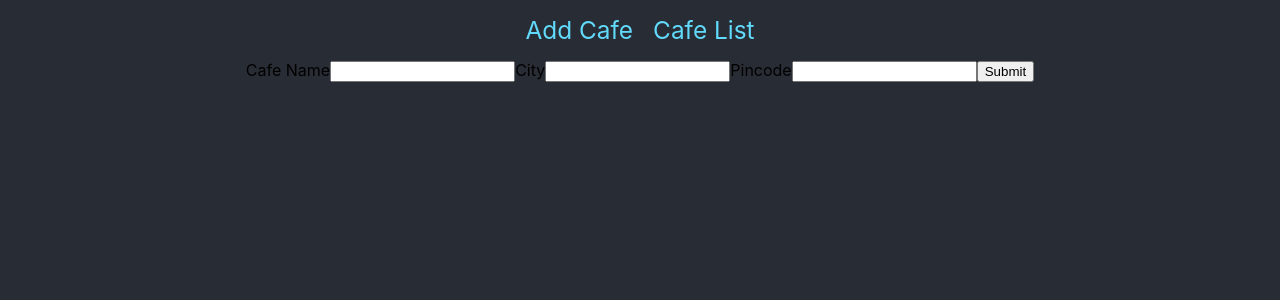
Repository: Surojd/project-cafe
Page: /cafes
The author's editor kept a copy of each file at every save. The page is drawn from the files as they stood at one save, then again after the next save.
The browser window is 1280 px wide. The pictures show the whole page.
The page's requests for data from a server got no answer. The project was rebuilt for these pictures with package versions that can differ from the ones it lists, and the page was loaded fresh each time. No one was signed in, and anything a server would have sent is missing.

Above is the page before, as saved 2021-09-01 12:09:13.

### src/index.js
import React from 'react';
import ReactDOM from 'react-dom';
import './index.css';
import App from './App';
import reportWebVitals from './reportWebVitals';

import { BrowserRouter as Router } from 'react-router-dom';
ReactDOM.render(
  <React.StrictMode>
    <Router>
      <App />
    </Router>
  </React.StrictMode>,
  document.getElementById('root')
);

// If you want to start measuring performance in your app, pass a function
// to log results (for example: reportWebVitals(console.log))
// or send to an analytics endpoint. Learn more: https://bit.ly/CRA-vitals
reportWebVitals();

### src/index.css
body {
  background-color: #282c34;
  margin: 0;
  font-family: -apple-system, BlinkMacSystemFont, 'Segoe UI', 'Roboto', 'Oxygen',
    'Ubuntu', 'Cantarell', 'Fira Sans', 'Droid Sans', 'Helvetica Neue',
    sans-serif;
  -webkit-font-smoothing: antialiased;
  -moz-osx-font-smoothing: grayscale;
}

code {
  font-family: source-code-pro, Menlo, Monaco, Consolas, 'Courier New',
    monospace;
}

a{
  text-decoration: none;
}

### src/App.js
import { Link, Redirect, Route, Switch } from 'react-router-dom';
import './App.css';
import { AddCafe, CafeList } from './cafe';

const routes = [
  { path: '/add-cafe', component: AddCafe },
  { path: '/cafes', component: CafeList },
];
function App() {
  return (
    <div className="App">
      <header className="App-header">
        <Link className="App-link" to="/add-cafe">Add Cafe</Link>
        <Link className="App-link" to="/cafes">Cafe List</Link>
      </header>
      <container>
        <Switch>
          <div>
            {
              routes.map(item => {
                return <Route  {...item} />
              })
            }
            <Redirect exact from="/" to="/add-cafe" />
          </div>
        </Switch>
      </container>
    </div>
  );
}

export default App;

### src/App.css
.App {
  text-align: center;
}

.App-logo {
  height: 40vmin;
  pointer-events: none;
}

@media (prefers-reduced-motion: no-preference) {
  .App-logo {
    animation: App-logo-spin infinite 20s linear;
  }
}

.App-header {
  background-color: #282c34;
  min-height: 60px;
  display: flex;
  flex-direction: row;
  align-items: center;
  justify-content: center;
  font-size: calc(10px + 2vmin);
  color: white;
}

.App-link {
  color: #61dafb;
  padding: 10px;
}
container {
  background-color: #282c34;
  width: 100%;
  display: block;
height: calc(100vh-60px);
}
@keyframes App-logo-spin {
  from {
    transform: rotate(0deg);
  }
  to {
    transform: rotate(360deg);
  }
}

### src/cafe/index.js

export { default as AddCafe } from './AddCafe';
export { default as CafeList } from './CafeList';

### src/cafe/AddCafe.js
import React from 'react';
import { collection, addDoc } from "firebase/firestore";
import firestore from './firebase';

import { useFormik } from 'formik';
import * as Yup from 'yup';

export default function AddCafe() {

  const formik = useFormik({
    initialValues: {
      name: '',
      city: '',
      pincode: '',
      drinks: 5
    },
    validationSchema: Yup.object({
      name: Yup.string()
        .max(15, 'Must be 15 characters or less')
        .required('Required'),
      city: Yup.string()
        .max(20, 'Must be 20 characters or less')
        .required('Required'),
      pincode: Yup.string().required('Required'),
      drinks: Yup.string().required('Required'),
    }),
    onSubmit: async (data, { resetForm }) => {
      try {
        const docRef = await addDoc(collection(firestore, "cafes"), data);
        alert("Document written with ID: " + docRef.id);
        resetForm()
      } catch (e) {
        alert("Error adding document: " + e);
      }
    },
  });

  return (
    <form onSubmit={formik.handleSubmit}>
      <label htmlFor="name">Cafe Name</label>
      <input
        id="name"
        {...formik.getFieldProps('name')}
      />
      {formik.touched.name && formik.errors.name ? (
        <div>{formik.errors.name}</div>
      ) : null}

      <label htmlFor="city">City</label>
      <input
        id="city"
        {...formik.getFieldProps('city')}
      />
      {formik.touched.city && formik.errors.city ? (
        <div>{formik.errors.city}</div>
      ) : null}

      <label htmlFor="pincode">Pincode</label>
      <input
        id="pincode"
        {...formik.getFieldProps('pincode')}
      />
      {formik.touched.pincode && formik.errors.pincode ? (
        <div>{formik.errors.pincode}</div>
      ) : null}

      <button type="submit">Submit</button>
    </form>);
}

### src/cafe/CafeList.js
import React from 'react';


export default function CafeList() {

  return (<></>);
}

### src/cafe/firebase.js
import { initializeApp } from 'firebase/app'
import { getFirestore, doc, initializeFirestore, CACHE_SIZE_UNLIMITED } from 'firebase/firestore'
import { getAnalytics } from "firebase/analytics";


const firebaseApp = initializeApp({
  apiKey: "AIzaSyBF1CMLc0WfG_majkcPFVm9eU-DCqGW9BM",
  authDomain: "project-cafe-d8aca.firebaseapp.com",
  projectId: "project-cafe-d8aca",
  storageBucket: "project-cafe-d8aca.appspot.com",
  messagingSenderId: "531282317018",
  appId: "1:531282317018:web:25d8fc0f088be0c68d5fe3",
  measurementId: "G-GNS7C6HN2Y"
});
const firestore = initializeFirestore(firebaseApp, {
  cacheSizeBytes: CACHE_SIZE_UNLIMITED
});
export default firestore;
const analytics = getAnalytics(firebaseApp);

Loaded but not shown: public/index.html (common file); src/reportWebVitals.js (common file)

After the next save:
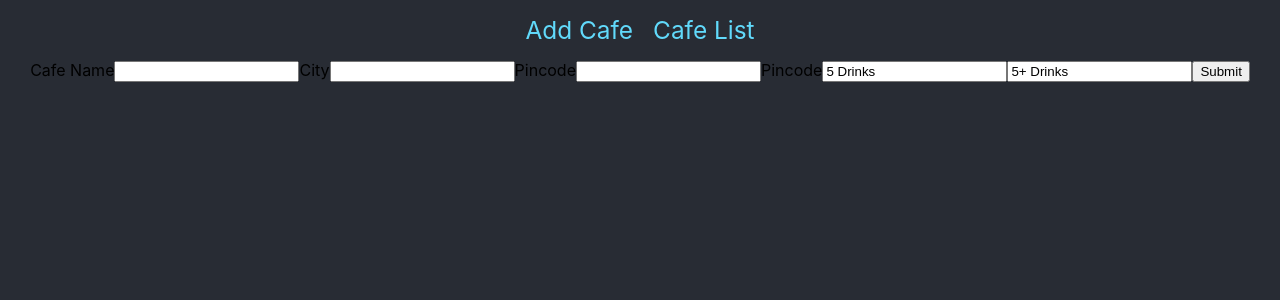
Saved 64 s later.
--- a/src/cafe/AddCafe.js
+++ b/src/cafe/AddCafe.js
@@ -63,7 +63,15 @@ export default function AddCafe() {
       {formik.touched.pincode && formik.errors.pincode ? (
         <div>{formik.errors.pincode}</div>
       ) : null}
-
+      <label>Pincode</label>
+      <input
+        {...formik.getFieldProps('drinks')}
+        value="5 Drinks"
+      />
+      <input
+        {...formik.getFieldProps('drinks')}
+        value="5+ Drinks"
+      />
       <button type="submit">Submit</button>
     </form>);
 }
